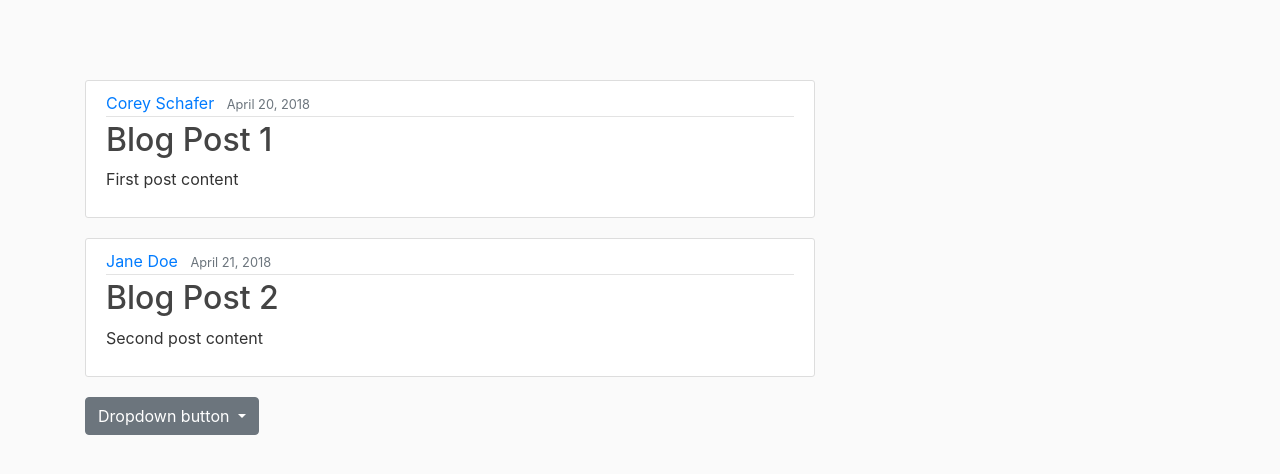
Repository: khanhdk0000/first_proj
Page: http://localhost/
The author's editor kept a copy of each file at every save. The page is drawn from the files as they stood at one save, then again after a run of saves.
The browser window is 1280 px wide. The pictures show the whole page.
Some web libraries are served in a nearby version. The page is served by the project's application, run on Flask 3 (flaskblog.py).

Above is the page before, as saved 2021-05-25 09:52:23.

After the next 2 saves:
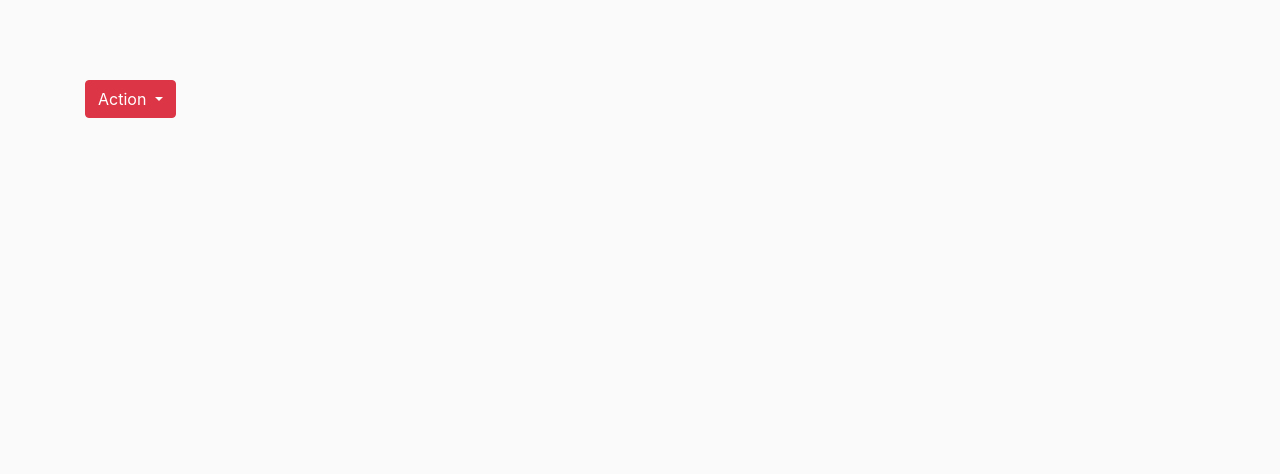
The 2 saves are shown as one change because they came seconds apart.
The last was saved 5 min 37 s later.
--- a/templates/home.html
+++ b/templates/home.html
@@ -1,27 +1,23 @@
 {% extends "layout.html" %}
 {% block content %}
-    {% for post in posts %}
-        <article class="media content-section">
-          <div class="media-body">
-            <div class="article-metadata">
-              <a class="mr-2" href="#">{{ post.author }}</a>
-              <small class="text-muted">{{ post.date_posted }}</small>
-            </div>
-            <h2><a class="article-title" href="#">{{ post.title }}</a></h2>
-            <p class="article-content">{{ post.content }}</p>
-          </div>
-        </article>
-
-
-    {% endfor %}
-    <div class="dropdown">
-        <button class="btn btn-secondary dropdown-toggle" type="button" id="dropdownMenuButton" data-toggle="dropdown" aria-haspopup="true" aria-expanded="false">
-          Dropdown button
-        </button>
-        <div class="dropdown-menu" aria-labelledby="dropdownMenuButton">
-          <a class="dropdown-item" href="/about">Action</a>
-          <a class="dropdown-item" href="#">Another action</a>
-          <a class="dropdown-item" href="#">Something else here</a>
-        </div>
-      </div>
+<!-- Danger -->
+<div class="btn-group">
+    <button
+      type="button"
+      class="btn btn-danger dropdown-toggle"
+      data-mdb-toggle="dropdown"
+      aria-expanded="false"
+    >
+      Action
+    </button>
+    <ul class="dropdown-menu">
+      <li><a class="dropdown-item" href="#">Action</a></li>
+      <li><a class="dropdown-item" href="#">Another action</a></li>
+      <li><a class="dropdown-item" href="#">Something else here</a></li>
+      <li>
+        <hr class="dropdown-divider" />
+      </li>
+      <li><a class="dropdown-item" href="#">Separated link</a></li>
+    </ul>
+  </div>
 {% endblock content %}

After the 2 saves that followed:
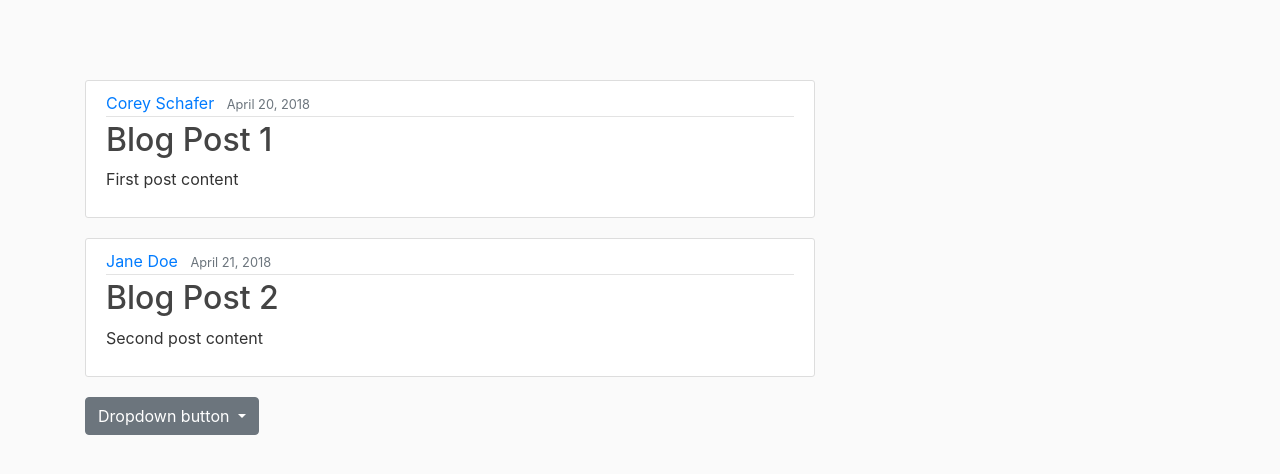
The 2 saves are shown as one change because 1 left the picture as it was.
The last was saved 21 s later.
--- a/templates/home.html
+++ b/templates/home.html
@@ -1,23 +1,27 @@
 {% extends "layout.html" %}
 {% block content %}
-<!-- Danger -->
-<div class="btn-group">
-    <button
-      type="button"
-      class="btn btn-danger dropdown-toggle"
-      data-mdb-toggle="dropdown"
-      aria-expanded="false"
-    >
-      Action
-    </button>
-    <ul class="dropdown-menu">
-      <li><a class="dropdown-item" href="#">Action</a></li>
-      <li><a class="dropdown-item" href="#">Another action</a></li>
-      <li><a class="dropdown-item" href="#">Something else here</a></li>
-      <li>
-        <hr class="dropdown-divider" />
-      </li>
-      <li><a class="dropdown-item" href="#">Separated link</a></li>
-    </ul>
-  </div>
+    {% for post in posts %}
+        <article class="media content-section">
+          <div class="media-body">
+            <div class="article-metadata">
+              <a class="mr-2" href="#">{{ post.author }}</a>
+              <small class="text-muted">{{ post.date_posted }}</small>
+            </div>
+            <h2><a class="article-title" href="#">{{ post.title }}</a></h2>
+            <p class="article-content">{{ post.content }}</p>
+          </div>
+        </article>
+
+
+    {% endfor %}
+    <div class="dropdown">
+        <button class="btn btn-secondary dropdown-toggle" type="button" id="dropdownMenuButton" data-toggle="dropdown" aria-haspopup="true" aria-expanded="false">
+          Dropdown button
+        </button>
+        <div class="dropdown-menu" aria-labelledby="dropdownMenuButton">
+          <a class="dropdown-item" href="/about">Action</a>
+          <a class="dropdown-item" href="#">Another action</a>
+          <a class="dropdown-item" href="#">Something else here</a>
+        </div>
+      </div>
 {% endblock content %}
